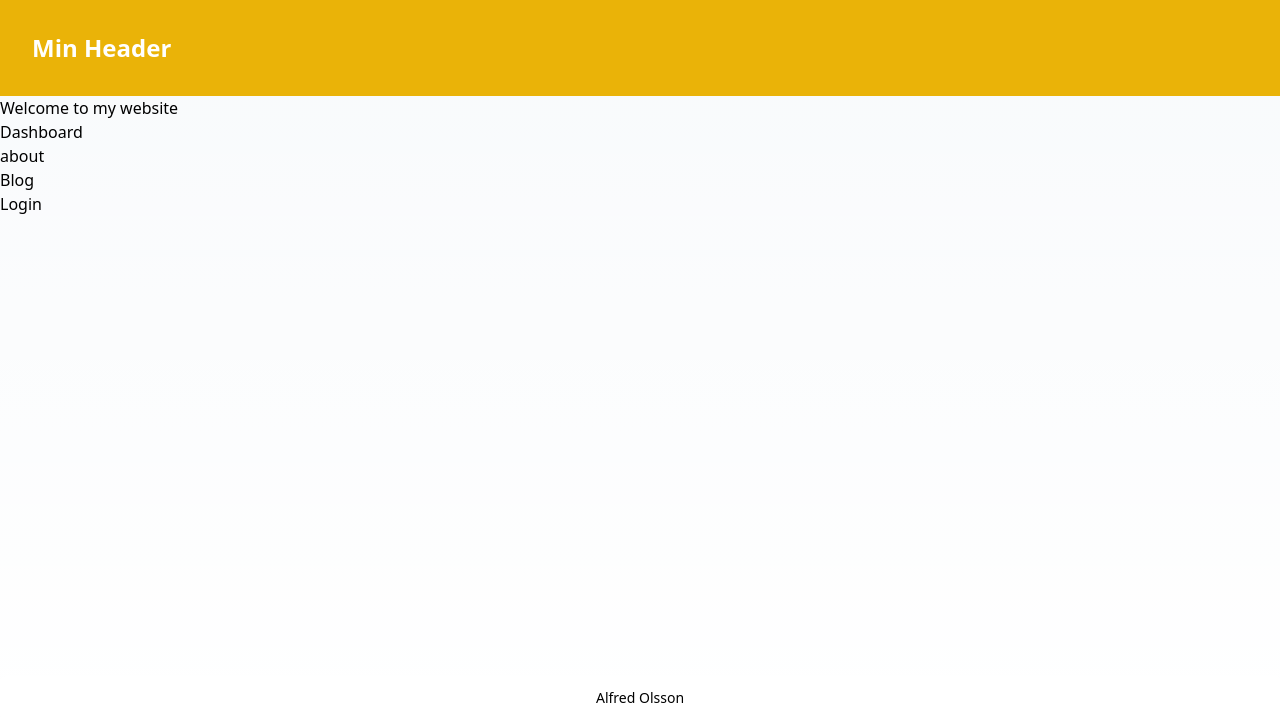
Repository: AlligatorAffe/NextWebsite
Page: /
These files come from the project's save history. The page is drawn as it stood at one moment and after the next save; the edit follows.
The browser window is 1280 px wide. The pictures show the whole page.
The project was rebuilt for these pictures with package versions that can differ from the ones it lists, and the page was loaded fresh each time. The framework's server and built-in components were replaced by stand-ins that run in the browser. Also part of the build but not shown: next.config.js.

Above is the page before, as saved 2024-01-04 21:34:09.

### app/layout.tsx
import './globals.css'
import { Metadata } from 'next'





export const metadata: Metadata = {
  title: 'My webbpage',
  description: 'Welcome to Next.js',
}

/**
 *
 *
 *
 *
 *
 *

const inter = Inter({ subsets: ['latin'] })

export const metadata: Metadata = {
  title: 'Create Next App',
  description: 'Generated by create next app',
}

export default function RootLayout({
  children,
}: {
  children: React.ReactNode
}) {
  return (
    <html lang="en">
      <body>{children}</body>
    </html>
  )
}

 */

export default function RootLayout({
  // Layouts must accept a children prop.
  // This will be populated with nested layouts or pages
  children,
}: {
  children: React.ReactNode
}) {
  return (
    <html lang="en">
      <body className="flex flex-col min-h-screen bg-slate-50 text-black">
        <div className="flex-grow">
          <header className="bg-yellow-500 p-8">
            <h1 className="text-2xl font-bold text-white">Min Header</h1>
          </header>
          {children}
        </div>
        <footer className="bg-white rounded-md p-3">
          <h3 className="text-black text-center text-sm font-medium">Alfred Olsson</h3>
        </footer>
      </body>
    </html>

  )
}

### app/template.tsx



export default function Template({ children }: { children: React.ReactNode }) {
    return <div>{children}</div>
  }

### app/page.tsx
import Image from 'next/image'
import { Metadata } from 'next'
import Link from 'next/link'

/*
export default function Page() {
  return <div >
      <h1 >
        Welcome to my website
      </h1>
    </div>

}
*/


export const metadata: Metadata = {
  title: 'My Page Title',
}

export default function Page() {
  return <div >
  <h1 >
    Welcome to my website
  </h1>
  <p>   <Link href="/dashboard">Dashboard</Link></p>
  <p>   <Link href="/about">about</Link></p>
  <p>   <Link href="/blogpost">Blog</Link></p>
  <p>   <Link href="/login">Login</Link></p>
</div>
}

Loaded but not shown: app/globals.css (common file); tailwind.config.ts (common file)

After the next save:
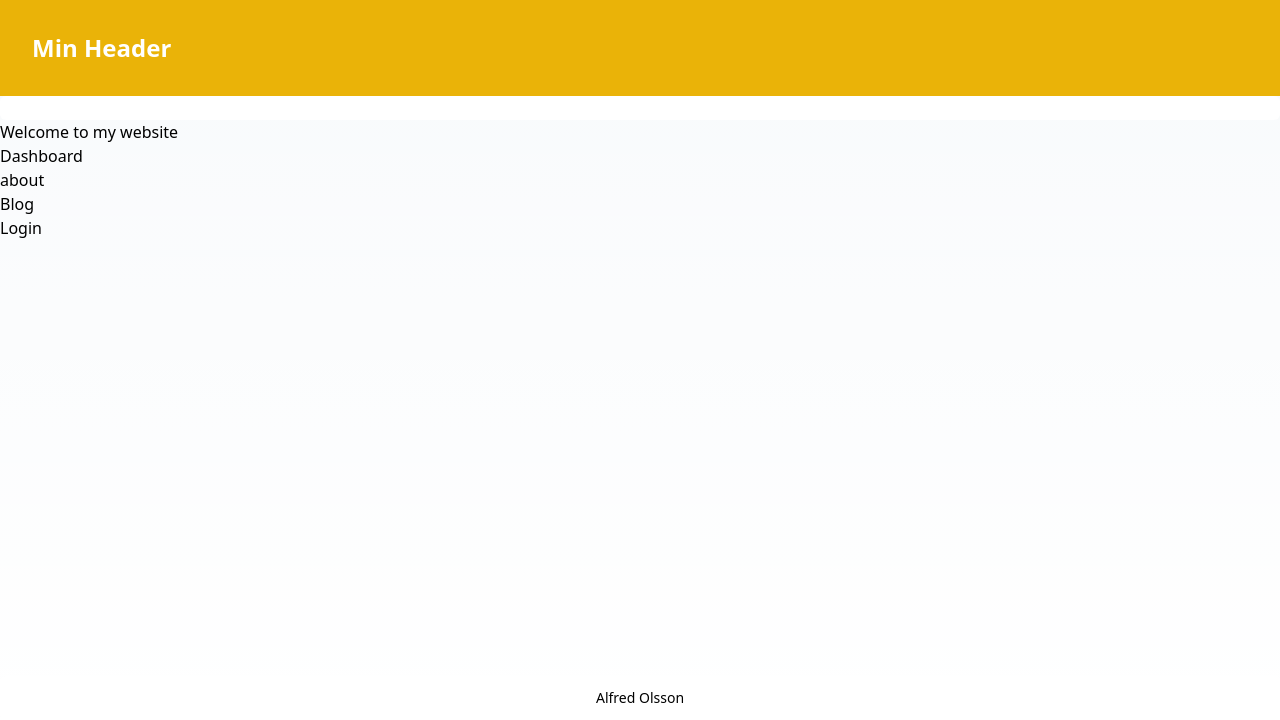
Saved 94 s later.
--- a/app/layout.tsx
+++ b/app/layout.tsx
@@ -53,6 +53,7 @@ export default function RootLayout({
           <header className="bg-yellow-500 p-8">
             <h1 className="text-2xl font-bold text-white">Min Header</h1>
           </header>
+          <nav  className="bg-white rounded-md p-3"></nav>
           {children}
         </div>
         <footer className="bg-white rounded-md p-3">
